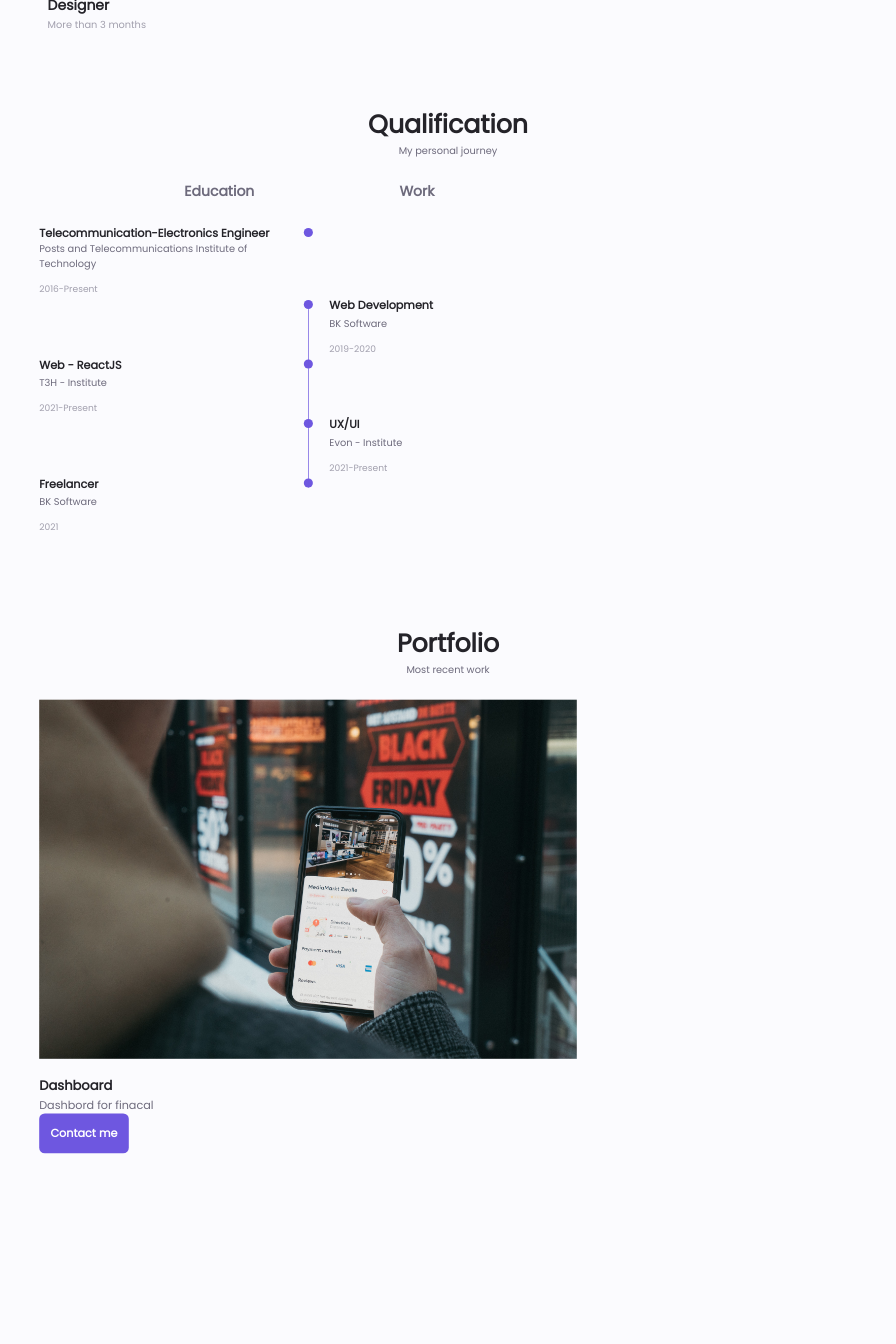
Repository: Datt21/portfolio
Page: index.html
An editor plug-in stored every save of this project. The page is shown before and after the next save, followed by the edit.
The browser window is 1280 px wide. The pictures show the part of the page from y = 1831 to 3751 px (the page is 3751 px tall), at 70% of full size.
Some icons come from a web library that is not loaded, so they are not drawn.

Above is the page before, as saved 2021-07-11 17:17:14.

### index.html
<!DOCTYPE html>
<html lang="en">
<head>
    <meta charset="UTF-8">
    <meta http-equiv="X-UA-Compatible" content="IE=edge">
    <meta name="viewport" content="width=device-width, initial-scale=1.0">
    <!--============= ICONS ================  -->
    <link rel="stylesheet" href="https://unicons.iconscout.com/release/v4.0.0/css/line.css">

    <!-- ============= SWIPER CSS =============== -->
    <link rel="stylesheet" href="">

    <!-- =============== CSS ========================= -->
    <link rel="stylesheet" href="./Css/style.css">

    <title>Portfolio</title>
</head>
<body>
    <!--============================ HEADER ============================ -->
    <header class="header" id="header">
        <nav class="nav container">
            <a href="#" class="nav__logo">Datpt</a>

            <div class="nav__menu" id="nav-menu">
                <ul class="nav__list grid">
                    <li class="nav__item">
                        <a href="#home" class="nav__link">
                            <i class="uil uil-estate nav__icon"></i>Home
                        </a>
                    </li>
                    <li class="nav__item">
                        <a href="#about" class="nav__link">
                            <i class="uil uil-user nav__icon"></i>About
                        </a>
                    </li>
                    <li class="nav__item">
                        <a href="#skills" class="nav__link">
                            <i class="uil uil-file-alt nav__icon"></i>Skills
                        </a>
                    </li>
                    <li class="nav__item">
                        <a href="#fovourite" class="nav__link">
                            <i class="uil uil-books nav__icon"></i>Favourite
                        </a>
                    </li>
                    <li class="nav__item">
                        <a href="#portfolio" class="nav__link">
                            <i class="uil uil-scenery nav__icon"></i>Portfolio
                        </a>
                    </li>
                    <li class="nav__item">
                        <a href="#contact" class="nav__link">
                            <i class="uil uil-message nav__icon"></i>Contact
                        </a>
                    </li>
                </ul>
                <i class="uil uil-times nav__close" id="nav-close"></i>
            </div>

            <div class="nav__btns">
                <div class="nav__toggle" id="nav-toggle">
                    <i class="uil uil-apps"></i>
                </div>
            </div>
        </nav>
    </header>

     <!--==================== MAIN ====================-->
     <main class="main">
        <!--==================== HOME ====================-->
        <section class="home section" id="home">
            <div class="home__container container grid">
                <div class="home__content grid">
                    <div class="home__social">
                        <a href="https://www.facebook.com/profile.php?id=100043830603950" target="_blank" class="home__social-icon">
                            <i class="uil uil-facebook"></i>
                        </a>
                        <a href="https://t.me/datpt21" target="_blank" class="home__social-icon">
                            <i class="uil uil-telegram-alt"></i>
                        </a>
                        <a href="https://github.com/Datt21" target="_blank" class="home__social-icon">
                            <i class="uil uil-github-alt"></i>
                        </a>
                    </div>

                    <div class="home__img">
                        <svg class="home__blob" viewBox="0 0 200 187" xmlns="http://www.w3.org/2000/svg" xmlns:xlink="http://www.w3.org/1999/xlink">
                            <mask id="mask0" mask-type="alpha">
                                <path d="M190.312 36.4879C206.582 62.1187 201.309 102.826 182.328 134.186C163.346 165.547
                                130.807 187.559 100.226 186.353C69.6454 185.297 41.0228 161.023 21.7403 129.362C2.45775
                                97.8511 -7.48481 59.1033 6.67581 34.5279C20.9871 10.1032 59.7028 -0.149132 97.9666
                                0.00163737C136.23 0.303176 174.193 10.857 190.312 36.4879Z"/>
                            </mask>
                            <g mask="url(#mask0)">
                                <path d="M190.312 36.4879C206.582 62.1187 201.309 102.826 182.328 134.186C163.346
                                165.547 130.807 187.559 100.226 186.353C69.6454 185.297 41.0228 161.023 21.7403
                                129.362C2.45775 97.8511 -7.48481 59.1033 6.67581 34.5279C20.9871 10.1032 59.7028
                                -0.149132 97.9666 0.00163737C136.23 0.303176 174.193 10.857 190.312 36.4879Z"/>

                                <image class="home_blob-img" x='12' y='18 'xlink:href="./images/me.png"/>
                            </g>
                        </svg>

                    </div>

                    <div class="home__data">
                        <h1 class="home__title">Hi, I'am Dat</h1>
                        <h3 class="home_subtitle">Frontend developer</h3>
                        <p class="home_description">Lorem, ipsum dolor sit amet consectetur adipisicing elit.
                            Voluptates earum, ab place</p>
                        <a href="#contact" class="button button--flex">
                            Contact Me<i class="uil uil-message button__icon"></i>
                        </a>
                    </div>
                </div>

                <div class="home_scroll">
                    <a href="#about" class="home__scroll-button button--flex">
                        <i class="uil uil-mouse-alt-2 home__scroll-mouse"></i>
                        <span class="home__scroll-name">Scroll down</span>
                        <i class="uil uil-arrow-down home__scroll-arrow"></i>
                    </a>
                </div>
            </div>
        </section>

        <!--==================== ABOUT ====================-->
        <section class="about section" id="about">
            <h2 class="section__title">About me</h2>
            <span class="section__subtitle">My introduction</span>

            <div class="about__container container grid">
                <img src="./images/me2.jpg" alt="" class="about__img">

                <div class="about-data">
                    <p class="about-decription">Lorem ipsum dolor sit amet consectetur adipisicing elit.
                        Natus aut expedita unde cum quibusdam delectus, maiores ducimus ullam aspernatur, quos nesciunt corrupti itaque laudant</p>

                    <div class="about__info">
                        <div>
                            <span class="about__info-title">06+</span>
                            <span class="about__info-name">Month <br> experience</span>
                        </div>
                        <div>
                            <span class="about__info-title">05+</span>
                            <span class="about__info-name">Completed <br> project</span>
                        </div>
                        <div>
                            <span class="about__info-title">01</span>
                            <span class="about__info-name">Freelance <br> worked</span>
                        </div>
                    </div>

                    <div class="about__buttons">
                        <a download="" href="./pdf/LeTienDat_CV.pdf" class="button button--flex">
                            Download CV <i class="uil uil-download-alt button__icon"></i>
                        </a>
                    </div>
                </div>
            </div>


        </section>

        <!--==================== SKILLS ====================-->
        <section class="skills section" id="skills">
            <h2 class="section__title">Skills</h2>
            <span class="section__subtitle">My technical level</span>

            <div class="skills__container container grid">
                <div>
                    <!-- skill 1 -->
                    <div class="skills__content skills__open">
                        <div class="skills__header">
                            <i class="uil uil-brackets-curly skills__icon"></i>

                            <div>
                                <h1 class="skills__title">Frontend devoloper</h1>
                                <span class="skills__subtitle">More than 6 months</span>
                            </div>

                            <i class="uil uil-angle-down skills__arrow"></i>
                        </div>

                        <div class="skills__list grid">
                            <div class="skills__data">
                                <div class="skills__titles">
                                    <h3 class="skills__name">HTML</h3>
                                    <span class="skills__number">80%</span>
                                </div>
                                <div class="skills__bar">
                                    <span class="skills__percentage skills__html"></span>
                                </div>
                            </div>

                            <div class="skills__data">
                                <div class="skills__titles">
                                    <h3 class="skills__name">CSS</h3>
                                    <span class="skills__number">70%</span>
                                </div>
                                <div class="skills__bar">
                                    <span class="skills__percentage skills__css"></span>
                                </div>
                            </div>

                            <div class="skills__data">
                                <div class="skills__titles">
                                    <h3 class="skills__name">Javascript</h3>
                                    <span class="skills__number">50%</span>
                                </div>
                                <div class="skills__bar">
                                    <span class="skills__percentage skills__js"></span>
                                </div>
                            </div>

                            <div class="skills__data">
                                <div class="skills__titles">
                                    <h3 class="skills__name">React</h3>
                                    <span class="skills__number">30%</span>
                                </div>
                                <div class="skills__bar">
                                    <span class="skills__percentage skills__react"></span>
                                </div>
                            </div>
                        </div>
                    </div>

                    <!-- skill 2 -->
                    <div class="skills__content skills__close">
                        <div class="skills__header">
                            <i class="uil uil-swatchbook skills__icon"></i>

                            <div>
                                <h1 class="skills__title">Designer</h1>
                                <span class="skills__subtitle">More than 3 months</span>
                            </div>
                            <i class="uil uil-angle-down skills__arrow"></i>
                        </div>

                        <div class="skills__list grid">
                            <div class="skills__data">
                                <div class="skills__titles">
                                    <h3 class="skills__name">Figma</h3>
                                    <span class="skills__number">40%</span>
                                </div>
                                <div class="skills__bar">
                                    <span class="skills__percentage skills__figma"></span>
                                </div>
                            </div>

                            <div class="skills__data">
                                <div class="skills__titles">
                                    <h3 class="skills__name">Photoshop</h3>
                                    <span class="skills__number">30%</span>
                                </div>
                                <div class="skills__bar">
                                    <span class="skills__percentage skills__photoshop"></span>
                                </div>
                            </div>

                        </div>
                    </div>
                </div>
            </div>


        </section>

        <!--==================== QUALIFICATION ====================-->
        <section class="qualification section">
            <h2 class="section__title">Qualification</h2>
            <span class="section__subtitle">My personal journey</span>

            <div class="qualification__container container">
                <div class="qualification__tabs">
                    <div class="qualification__button button--flex">
                        <i class="uil uil-graduation-cap qualification__icon"></i>
                        Education
                    </div>

                    <div class="qualification__button button--flex">
                        <i class="uil uil-briefcase-alt qualification__icon"></i>
                        Work
                    </div>
                </div>
                <div class="qualification__section" >
                    <!-- Qualification content 1 -->
                    <div class="qualification__content qualification__active" data-content id="education">
                        <!-- Qualification 1 -->
                        <div class="qualification__data">
                            <div>
                                <h3 class="qualification__title"> Telecommunication-Electronics Engineer</h3>
                                <span class="qualification__subtitle">Posts and Telecommunications Institute of Technology</span>
                                <div class="qualification__calendar">
                                    <i class="uil uil-calendar-alt"></i>
                                    2016-Present
                                </div>
                            </div>

                            <div>
                                <div class="qualification__rounder"></div>
                                <!-- <div class="qualification__line"></div> -->
                            </div>
                        </div>

                        <!-- Qualification 2 -->
                        <div class="qualification__data">
                            <div></div>

                            <div>
                                <span class="qualification__rounder"></span>
                                <span class="qualification__line"></span>
                            </div>

                            <div>
                                <h3 class="qualification__title"> Web Development</h3>
                                <span class="qualification__subtitle">BK Software</span>
                                <div class="qualification__calendar">
                                    <i class="uil uil-calendar-alt"></i>
                                    2019-2020
                                </div>
                            </div>


                        </div>

                        <!-- Qualification 3 -->
                        <div class="qualification__data">
                            <div>
                                <h3 class="qualification__title"> Web - ReactJS</h3>
                                <span class="qualification__subtitle">T3H - Institute</span>
                                <div class="qualification__calendar">
                                    <i class="uil uil-calendar-alt"></i>
                                    2021-Present
                                </div>
                            </div>

                            <div>
                                <span class="qualification__rounder"></span>
                                <span class="qualification__line"></span>
                            </div>
                        </div>

                        <!-- Qualification 4 -->
                        <div class="qualification__data">
                            <div></div>

                            <div>
                                <span class="qualification__rounder"></span>
                                <span class="qualification__line"></span>
                            </div>

                            <div>
                                <h3 class="qualification__title"> UX/UI</h3>
                                <span class="qualification__subtitle">Evon - Institute</span>
                                <div class="qualification__calendar">
                                    <i class="uil uil-calendar-alt"></i>
                                    2021-Present
                                </div>
                            </div>

                        </div>
                    </div>
                     <!-- Qualification content 2 -->
                     <div class="qualification__content" data-content id="work">
                        <!-- Qualification 1 -->
                        <div class="qualification__data">
                            <div>
                                <h3 class="qualification__title"> Freelancer</h3>
                                <span class="qualification__subtitle">BK Software</span>
                                <div class="qualification__calendar">
                                    <i class="uil uil-calendar-alt"></i>
                                    2021
                                </div>
                            </div>

                            <div>
                                <div class="qualification__rounder"></div>
                                <!-- <div class="qualification__line"></div> -->
                            </div>
                        </div>

                        </div>
                    </div>
                </div>
            </div>


        </section>

        <!--==================== SERVICES ====================-->
        <section class="services section" id="services">


        </section>

        <!--==================== PORTFOLIO ====================-->
        <section class="portfolio section" id="portfolio">
            <h2 class="section__title">Portfolio</h2>
            <span class="section__subtitle">Most recent work</span>

            <div class="portfolio__container container">
                <div>
                    <!--======== Portfolio 1 ===========-->
                    <div class="portfolio__content grid">
                        <img src="./images/cardmapr-nl-pwxESDWRwDE-unsplash.jpg" alt="" class="portfolio__img">

                        <div class="portfolio__data">
                            <h3 class="portfolio__title">Dashboard</h3>
                            <p class="portfolio__description">Dashbord for finacal</p>
                            <a href="" class="button button--flex button--small portfolio__button"> Contact me</a>
                        </div>
                    </div>
                </div>
            </div>
        </section>

        <!--==================== PROJECT IN MIND ====================-->
        <section class="project section">


        </section>

        <!--==================== TESTIMONIAL ====================-->
        <section class="testimonial section">


        </section>

        <!--==================== CONTACT ME ====================-->
        <section class="contact section" id="contact">


        </section>
    </main>

    <!--==================== FOOTER ====================-->
    <footer class="footer">


    </footer>

    <!--==================== SCROLL TOP ====================-->


    <!--==================== SWIPER JS ====================-->
    <script src=""></script>

    <!-- =================== JS ======================= -->
    <script src="./JS/main.js"></script>
</body>
</html>

Loaded but not shown: JS/main.js (73 lines, source omitted); Css/style.css (596 lines, source omitted)

After the next save:
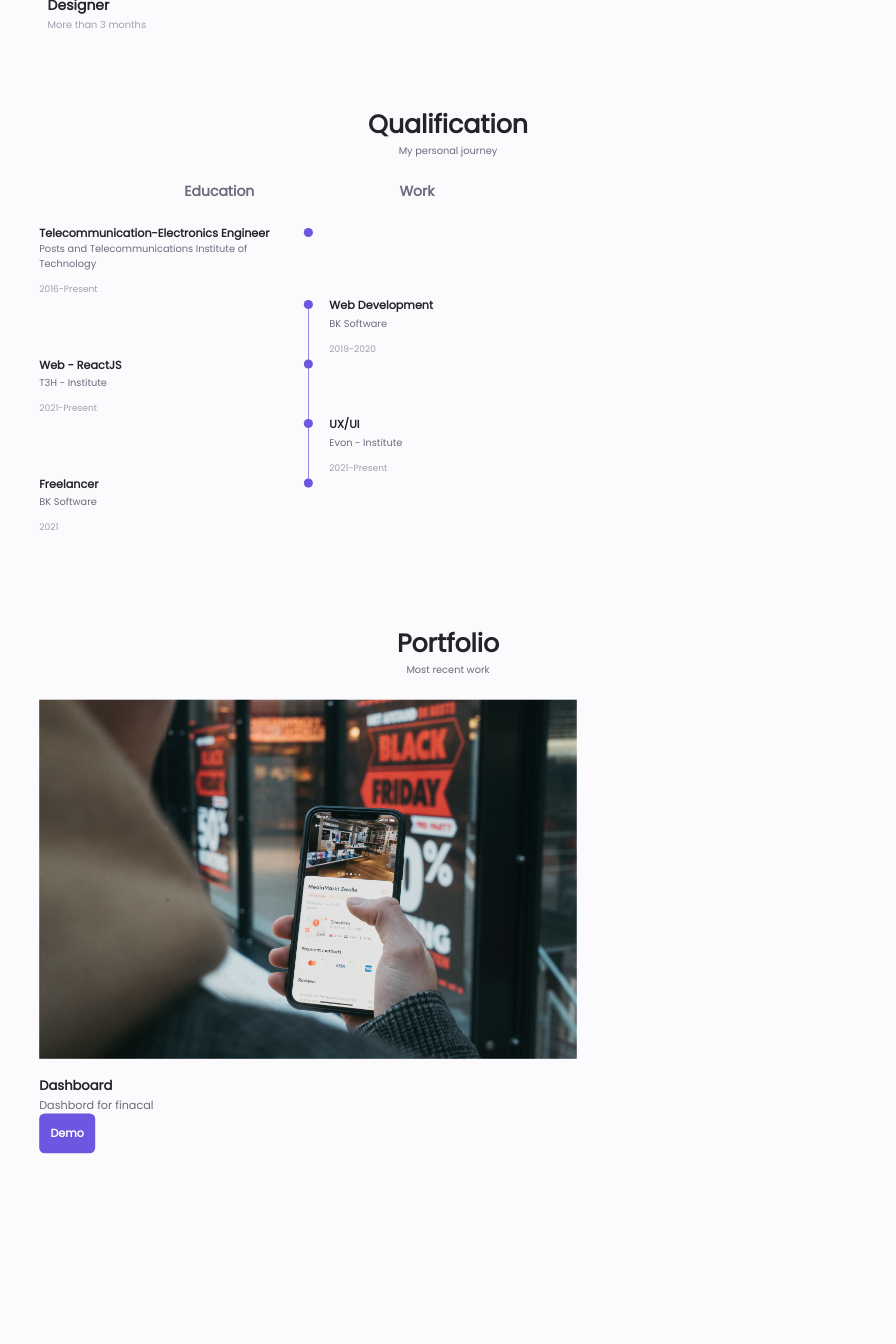
Saved 80 s later.
--- a/index.html
+++ b/index.html
@@ -408,7 +408,9 @@
                         <div class="portfolio__data">
                             <h3 class="portfolio__title">Dashboard</h3>
                             <p class="portfolio__description">Dashbord for finacal</p>
-                            <a href="" class="button button--flex button--small portfolio__button"> Contact me</a>
+                            <a href="" class="button button--flex button--small portfolio__button">
+                                Demo <i class="uil uil-arrow-right"></i>
+                            </a>
                         </div>
                     </div>
                 </div>
